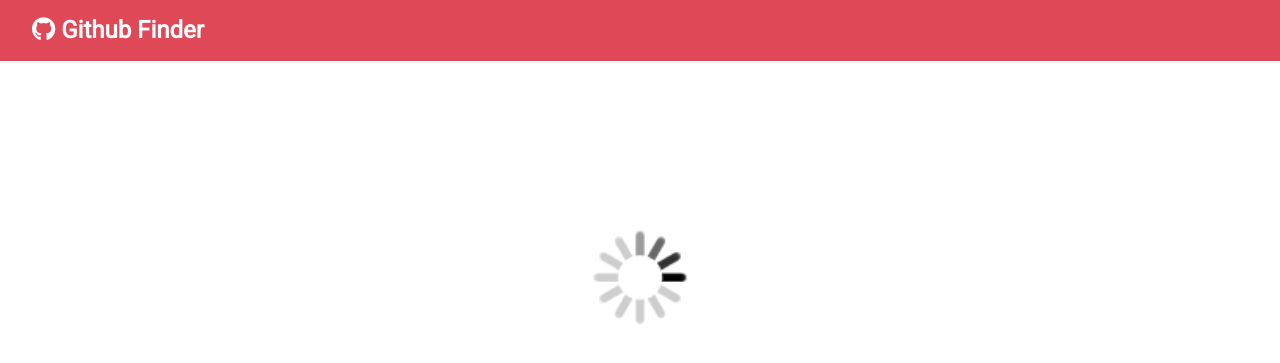
Repository: akash-saha-1/github-finder
Page: /
The author's editor kept a copy of each file at every save. The page is drawn from the files as they stood at one save, then again after the next save.
The browser window is 1280 px wide. The pictures show the whole page.
The page's requests for data from a server got no answer. Some web libraries are served in a nearby version. The project was rebuilt for these pictures with package versions that can differ from the ones it lists, and the page was loaded fresh each time. No one was signed in, and anything a server would have sent is missing. Also part of the build but not shown: src/components/users/UserItem.js.

Above is the page before, as saved 2021-03-05 15:58:31.

### public/index.html
<!DOCTYPE html>
<html lang="en">

<head>
  <meta charset="utf-8" />
  <link rel="icon" href="%PUBLIC_URL%/favicon.ico" />
  <meta name="viewport" content="width=device-width, initial-scale=1" />
  <meta name="theme-color" content="#000000" />
  <meta name="description" content="Web site created using create-react-app" />
  <link rel="apple-touch-icon" href="%PUBLIC_URL%/logo192.png" />
  <link rel="manifest" href="%PUBLIC_URL%/manifest.json" />
  <link rel="stylesheet" href="https://use.fontawesome.com/releases/v5.8.2/css/all.css"
    integrity="sha384-oS3vJWv+0UjzBfQzYUhtDYW+Pj2yciDJxpsK1OYPAYjqT085Qq/1cq5FLXAZQ7Ay" crossorigin="anonymous" />
  <title>Github Finder</title>
</head>

<body>
  <noscript>You need to enable JavaScript to run this app.</noscript>
  <div id="root"></div>
</body>

</html>

### src/App.js
import React, { Component } from "react";
import "./App.css";
import Navbar from "./components/layout/Navbar";
import Users from "./components/users/Users";
import axios from "axios";

class App extends Component {
  state = {
    users: [],
    loading: false,
  };
  async componentDidMount() {
    this.setState({ loading: true });
    const res = await axios.get("https://api.github.com/users");
    this.setState({ users: res.data, loading: false });
  }
  render() {
    return (
      <div className="App">
        <Navbar tite="Navbar Finder" />
        <div className="container">
          <Users loading={this.state.loading} users={this.state.users} />
        </div>
      </div>
    );
  }
}

export default App;

### src/components/layout/Navbar.js
import React from "react";
import PropTypes from "prop-types";

const Navbar = ({ icon, title }) => {
  // static defaultProps = {
  //   title: "Github Finder",
  //   icon: "fab fa-github",
  // };
  // static propTypes = {
  //   title: PropTypes.string.isRequired,
  //   icon: PropTypes.string.isRequired,
  // };
  return (
    <div>
      <nav className="navbar bg-primary">
        <h1>
          <i className={icon}></i>
          {"  " + title}
        </h1>
      </nav>
    </div>
  );
};
Navbar.defaultProps = {
  title: "Github Finder",
  icon: "fab fa-github",
};
Navbar.propTypes = {
  title: PropTypes.string.isRequired,
  icon: PropTypes.string.isRequired,
};

export default Navbar;

### src/components/users/Users.js
import React from "react";
import UserItem from "./UserItem";
import Spinner from "../layout/Spinner";
import PropTypes from "prop-types";

const Users = ({ users, loading }) => {
  if (loading) {
    return <Spinner />;
  } else {
    return (
      <div style={userStyle}>
        {users.map((user) => (
          <UserItem key={user.id} user={user} />
        ))}
      </div>
    );
  }
};

UserItem.propType = {
  users: PropTypes.array.isRequired,
  loading: PropTypes.bool.isRequired,
};

const userStyle = {
  display: "grid",
  gridTemplateColumns: "repeat(3,1fr)",
  gridGap: "1rem",
};

export default Users;

### src/components/layout/Spinner.js
import React, { Fragment } from "react";
import spinner from "./spinner.gif";

const Spinner = () => {
  return (
    <Fragment>
      <img
        src={spinner}
        alt="Loading..."
        style={{
          margin: "auto",
          width: "400px",
          height: "400px",
          display: "block",
        }}
      />
    </Fragment>
  );
};

export default Spinner;

Loaded but not shown: src/index.js (common file); src/App.css (common file)

After the next save:
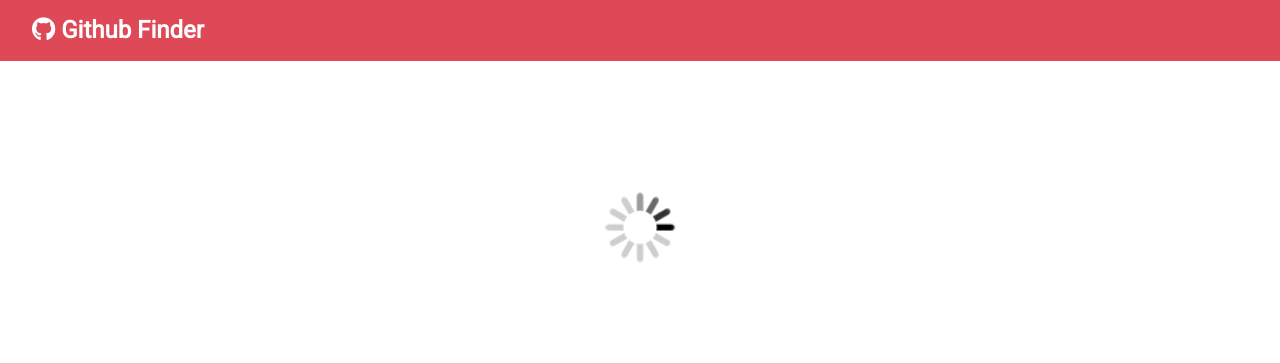
Saved 2 min 12 s later.
--- a/src/components/layout/Spinner.js
+++ b/src/components/layout/Spinner.js
@@ -9,8 +9,8 @@ const Spinner = () => {
         alt="Loading..."
         style={{
           margin: "auto",
-          width: "400px",
-          height: "400px",
+          width: "300px",
+          height: "300px",
           display: "block",
         }}
       />
